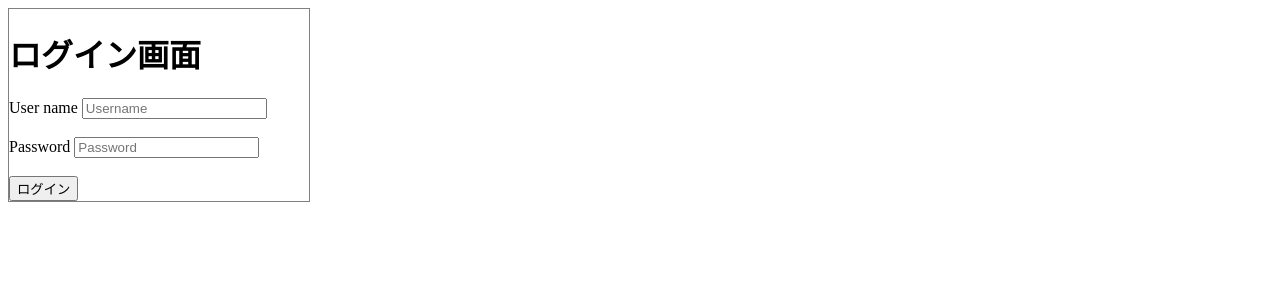
Repository: Jutta197/frontend726
Page: css_ex/login/login.html
These files come from the project's save history. The page is drawn as it stood at one moment and after the next save; the edit follows.
The browser window is 1280 px wide. The pictures show the whole page.

Above is the page before, as saved 2023-07-31 09:36:36.

### css_ex/login/login.html
<!DOCTYPE html>
<html lang="en">

<head>
    <meta charset="UTF-8">
    <meta name="viewport" content="width=device-width, initial-scale=1.0">
    <title>Document</title>
    <link rel="stylesheet" href="style.css">
</head>

<body>
    <div class="container">
        <form action="" method="post">
            <h1>ログイン画面</h1>
            <label for="username">User name</label>
            <input type="text" id="username" name="username" placeholder="Username" required><br><br>
            <label for="password">Password</label>
            <input type="password" id="password" name="password" placeholder="Password"><br><br>
            <input type="submit" value="ログイン" id="submit-button">
        </form>
    </div>

</body>

</html>

### css_ex/login/style.css
.container {
    width: 300px;
    border: 1px solid gray;
}

/* div {
    text-align: center;
    border-style: dashed solid dotted;
    border-width: 7px;
    border-color: aquamarine;
    border-radius: 10px;
    padding: 20px 10px;
    background-color: azure;
    margin: 50px 50px;

} */

After the next save:
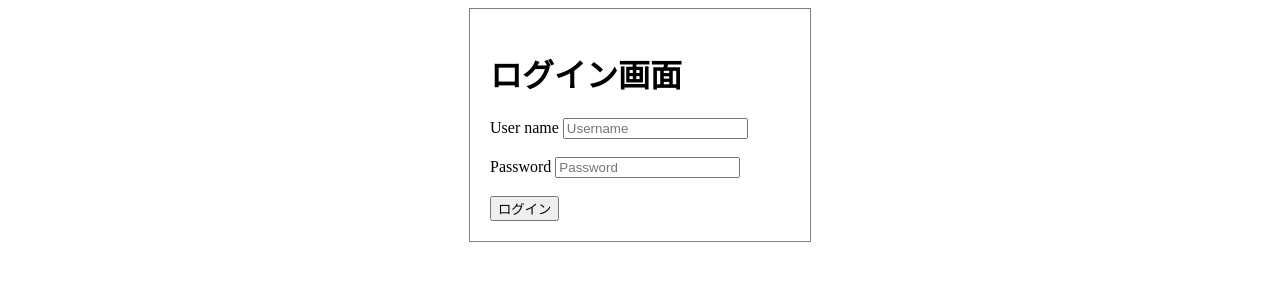
Saved 96 s later.
--- a/css_ex/login/style.css
+++ b/css_ex/login/style.css
@@ -1,7 +1,10 @@
 .container {
     width: 300px;
     border: 1px solid gray;
+    padding: 20px;
+    margin: 0 auto;
 }
+
 
 /* div {
     text-align: center;
